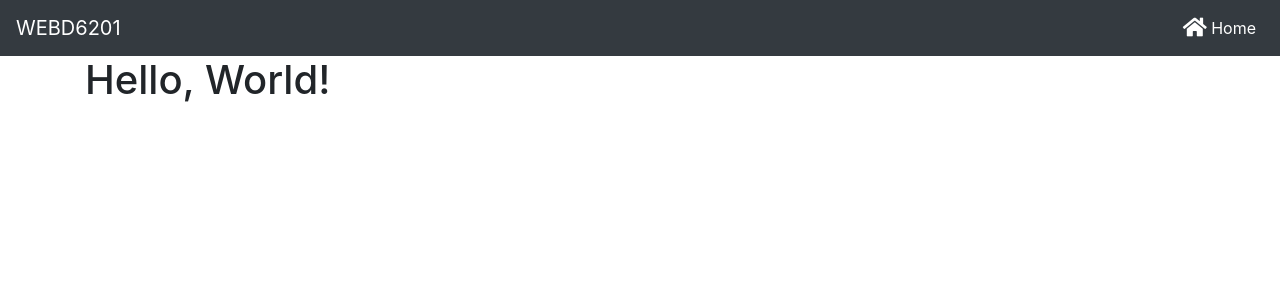
Repository: deividwsantoss/WEBD6201-W2021-Week1-lab1
Page: index.html
These files come from the project's save history. The page is drawn as it stood at one moment and after the next save; the edit follows.
The browser window is 1280 px wide. The pictures show the whole page.

Above is the page before, as saved 2021-02-01 20:26:06.

### index.html
<!DOCTYPE html>
<html lang="en">
<head>
    <meta charset="UTF-8">
    <meta name="viewport" content="width=device-width, initial-scale=1.0">
    <title>Hello, World!</title>
    <!-- CSS SEction -->
    <link rel="stylesheet" href="./node_modules/bootstrap/dist/css/bootstrap.min.css">
    <link rel="stylesheet" href="./node_modules/@fortawesome/fontawesome-free/css/all.min.css">
    <link rel="stylesheet" href="./Content/app.css">
</head>
<body>
    <nav class="navbar navbar-expand-lg navbar-dark bg-dark">
        <a class="navbar-brand" href="#">WEBD6201</a>
        <button class="navbar-toggler" type="button" data-toggle="collapse" data-target="#navbarSupportedContent" aria-controls="navbarSupportedContent" aria-expanded="false" aria-label="Toggle navigation">
          <span class="navbar-toggler-icon"></span>
        </button>
        <div class="collapse navbar-collapse" id="navbarSupportedContent">
          <ul class="navbar-nav ml-auto">
            <li class="nav-item active">
              <a class="nav-link" href="#"><i class="fas fa-home fa-lg"></i> Home <span class="sr-only">(current)</span></a>
            </li>
          </ul>
            </div>
      </nav>


        <div class="container">
            <h1>Hello, World!</h1>
        </div>


    <!-- JavaScript Section -->
        <script src="./node_modules/jquery/dist/jquery.min.js"></script>
        <script src="./node_modules/bootstrap/dist/js/bootstrap.bundle.min.js"></script>
        <script src="./Scripts/app.js"></script>
</body>
</html>

### Content/app.css
/* Custom css goes here */

### Scripts/app.js
/* Custom scripts goes here */

//IIFE - Immediately invoked function expression
//AKA: Anonymous Self-Executing Function

(function()
{

    //initialization function
    function Start()
    {
        console.log("App Started...");
    }

    //event listener
    window.addEventListener("load",Start);

})();

Loaded but not shown: node_modules/bootstrap/dist/css/bootstrap.min.css (library); node_modules/@fortawesome/fontawesome-free/css/all.min.css (library); node_modules/jquery/dist/jquery.min.js (library); node_modules/bootstrap/dist/js/bootstrap.bundle.min.js (library)

After the next save:
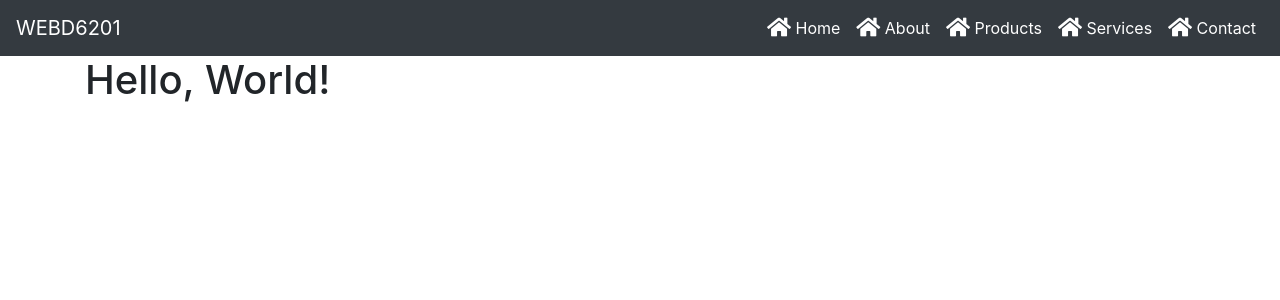
Saved 3 min 34 s later.
--- a/index.html
+++ b/index.html
@@ -17,9 +17,25 @@
         </button>
         <div class="collapse navbar-collapse" id="navbarSupportedContent">
           <ul class="navbar-nav ml-auto">
-            <li class="nav-item active">
-              <a class="nav-link" href="#"><i class="fas fa-home fa-lg"></i> Home <span class="sr-only">(current)</span></a>
+
+            <li class="nav-item">
+              <a class="nav-link active" href="#"><i class="fas fa-home fa-lg"></i> Home <span class="sr-only">(current)</span></a>
             </li>
+
+            <li class="nav-item ">
+                <a class="nav-link active" href="#"><i class="fas fa-home fa-lg"></i> About  <span class="sr-only">(current)</span></a>
+            </li>
+            <li class="nav-item ">
+                <a class="nav-link active" href="#"><i class="fas fa-home fa-lg"></i> Products  <span class="sr-only">(current)</span></a>
+            </li>
+            <li class="nav-item ">
+                <a class="nav-link active" href="#"><i class="fas fa-home fa-lg"></i> Services  <span class="sr-only">(current)</span></a>
+            </li>
+            <li class="nav-item ">
+                <a class="nav-link active" href="#"><i class="fas fa-home fa-lg"></i> Contact  <span class="sr-only">(current)</span></a>
+            </li>
+
+
           </ul>
             </div>
       </nav>
